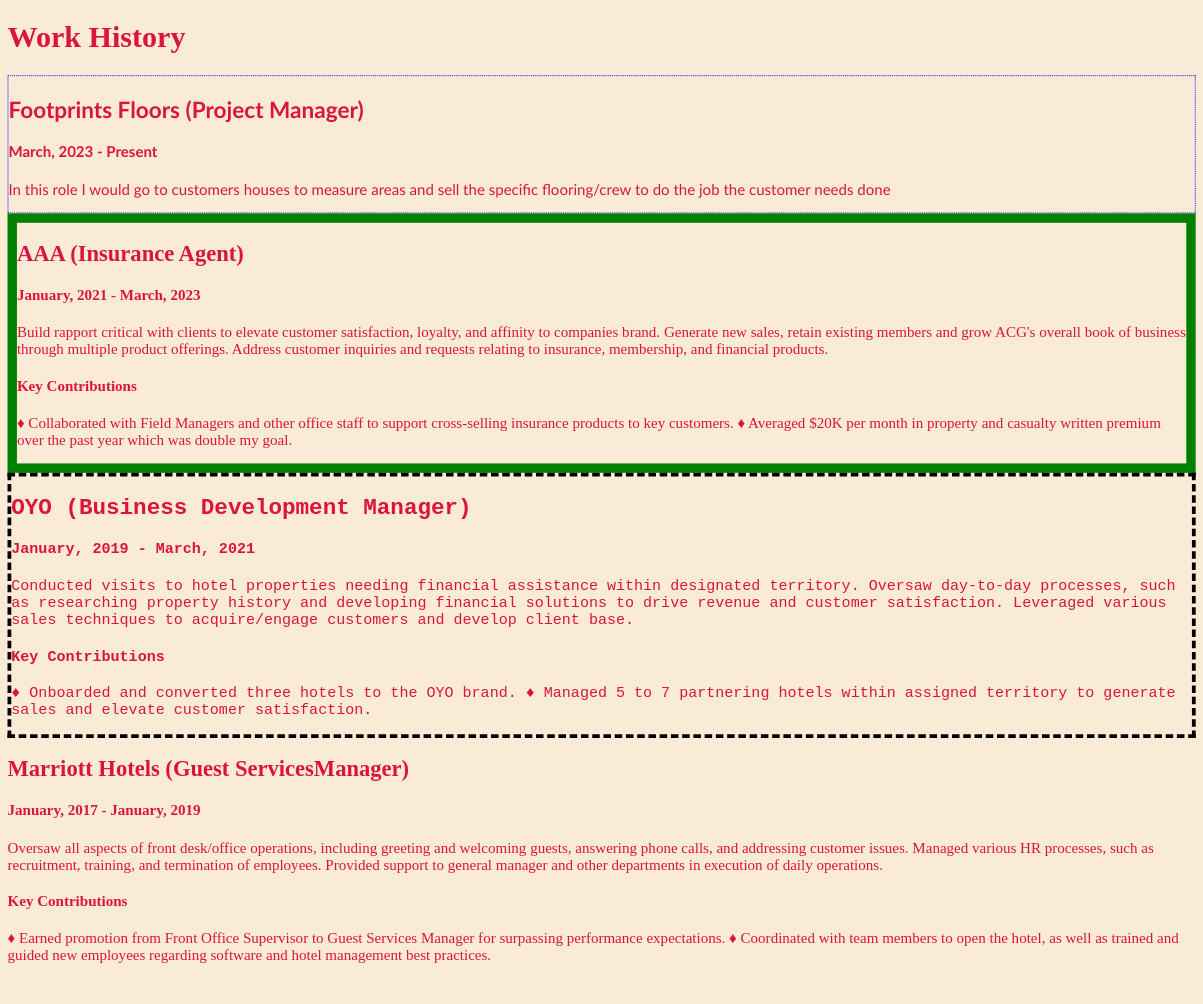
Repository: TEazy2433/LAB-HTML-Resume
Page: index.html
These files come from the project's save history. The page is drawn as it stood at one moment and after the next save; the edit follows.
The browser window is 1280 px wide. The pictures show the whole page, at 94% of full size.

Above is the page before, as saved 2023-10-11 20:34:52.

### index.html
<!DOCTYPE html>
<html lang="en">
<head>
  <meta charset="UTF-8">
  <meta name="viewport" content="width=device-width, initial-scale=1.0">
  <title>Resume</title>
  <link rel="stylesheet" href="main.css">
  </head>
  <body>

  <script src="main.js"></script>
  </body>
  </html><html></html>
    </head>
      <title>Work History</title>
    </head>
    <body>
      <h1>Work History</h1>
      <article id="articleOne">
        <h2>Footprints Floors (Project Manager)</h2>
        <h4>March, 2023 - Present</h4>
        <section>
          <p>In this role I would go to customers houses to measure areas and sell the specific flooring/crew to do the job the customer needs done</p>
        </section>
      </article>

      <article id="articleTwo">
        <h2>AAA (Insurance Agent)</h2>
        <h4>January, 2021 - March, 2023</h4>
        <section>
          <p>Build rapport critical with clients to elevate customer satisfaction, loyalty, and affinity to companies brand. Generate new sales, retain existing members and grow ACG's overall book of business through multiple product offerings. Address customer inquiries and requests relating to insurance, membership, and financial products.</p>

          <h4>Key Contributions</h4>
          <P>♦ Collaborated with Field Managers and other office staff to support cross-selling insurance products to key customers.
            ♦ Averaged $20K per month in property and casualty written premium over the past year which was double my goal.</P>
        </section>
      </article>

      <article id="articleThree">
        <h2>OYO (Business Development Manager)</h2>
        <h4>January, 2019 - March, 2021</h4>
        <section>
          <p>Conducted visits to hotel properties needing financial assistance within designated territory. Oversaw day-to-day processes, such as researching property history and developing financial solutions to drive revenue and customer satisfaction. Leveraged various sales techniques to acquire/engage customers and develop client base.</p>

          <h4>Key Contributions</h4>
          <P>♦ Onboarded and converted three hotels to the OYO brand.
            ♦ Managed 5 to 7 partnering hotels within assigned territory to generate sales and elevate customer satisfaction.</P>
        </section>
      </article>

      <article id="articleFour">
        <h2>Marriott Hotels (Guest ServicesManager)</h2>
        <h4>January, 2017 - January, 2019</h4>
        <section>
          <p>Oversaw all aspects of front desk/office operations, including greeting and welcoming guests, answering phone calls, and addressing customer issues. Managed various HR processes, such as recruitment, training, and termination of employees. Provided support to general manager and other departments in execution of daily operations.</p>

          <h4>Key Contributions</h4>
          <P>♦ Earned promotion from Front Office Supervisor to Guest Services Manager for surpassing performance expectations.
            ♦ Coordinated with team members to open the hotel, as well as trained and guided new employees regarding software
            and hotel management best practices.</P>
        </section>
      </article>


    </body>

### main.css
body{
  background-color: antiquewhite;
}

h1{
  color: crimson;

}

h2{
  color: crimson;
}

p{
  color:crimson
}

h4{
  color:crimson
}

h5{
  color: crimson
}

#articleOne{
  font-family: 'Gill Sans', 'Gill Sans MT', Calibri, 'Trebuchet MS', sans-serif;
  border: 1px dotted blue
}

#articleTwo{
  font-family: cursive;
  border: 10px solid green
}

#articleThree{
  font-family: 'Courier New', Courier, monospace;
  border: 4px dashed
}

#articleFour{
  font-family: fantasy;
}

### main.js
console.log("Resume");

After the next save:
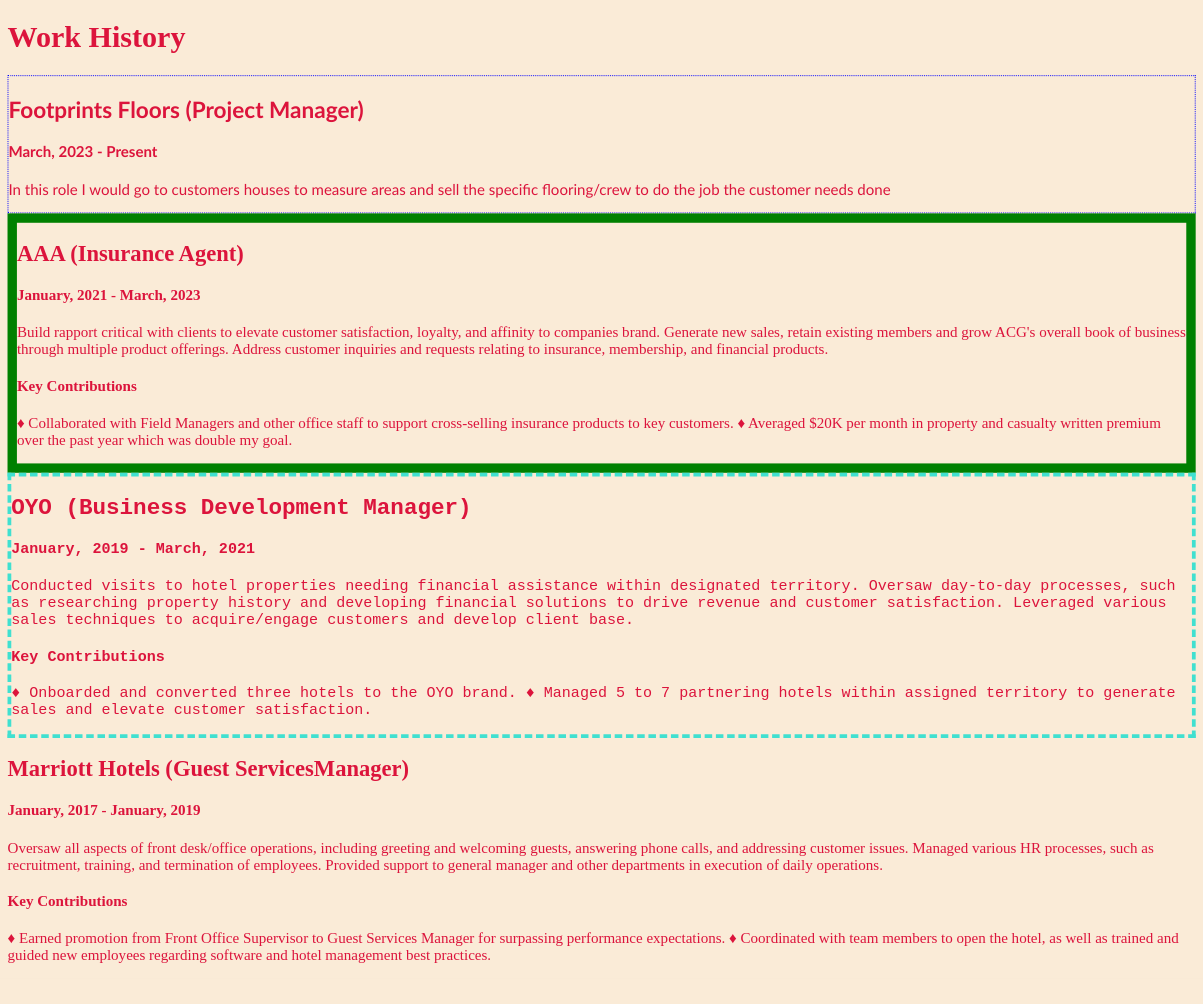
Saved 7 s later.
--- a/main.css
+++ b/main.css
@@ -35,7 +35,7 @@
 
 #articleThree{
   font-family: 'Courier New', Courier, monospace;
-  border: 4px dashed
+  border: 4px dashed turquoise
 }
 
 #articleFour{
